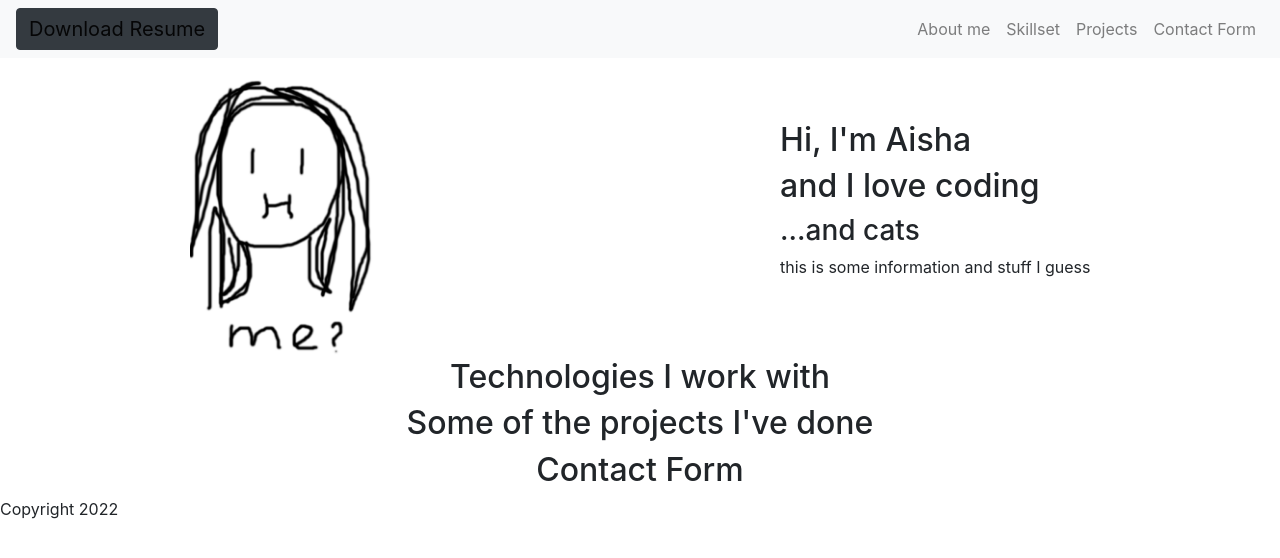
Repository: aishakapan/portfolio
Page: index.html
The author's editor kept a copy of each file at every save. The page is drawn from the files as they stood at one save, then again after the next save.
The browser window is 1280 px wide. The pictures show the whole page.
Some web libraries are served in a nearby version.

Above is the page before, as saved 2022-08-19 09:47:23.

### index.html
<!DOCTYPE html>
<html lang="en">
<head>
    <meta charset="UTF-8">
    <meta http-equiv="X-UA-Compatible" content="IE=edge">
    <meta name="viewport" content="width=device-width, initial-scale=1.0">
    <!-- bootstrap links -->
    <link rel="stylesheet" href="/styles/index.css">
    <link rel="stylesheet" href="https://cdn.jsdelivr.net/npm/bootstrap@4.0.0/dist/css/bootstrap.min.css" integrity="sha384-Gn5384xqQ1aoWXA+058RXPxPg6fy4IWvTNh0E263XmFcJlSAwiGgFAW/dAiS6JXm" crossorigin="anonymous">
    <title>Aisha Kapan</title>
</head>
<body>
    <nav class="navbar navbar-expand-lg navbar-light bg-light">
        <button class="navbar-toggler" type="button" data-toggle="collapse" data-target="#navbarToggler" aria-controls="navbarToggler" aria-expanded="false" aria-label="Toggle navigation">
            <span class="navbar-toggler-icon"></span>
        </button>
        <a class="btn btn-dark navbar-brand" href="#">Download Resume</a>
        <div class="collapse navbar-collapse justify-content-end" id="navbarToggler">
            <div class="navbar-nav">
                <a class="nav-item nav-link" href="#">About me</a>
                <a class="nav-item nav-link" href="#">Skillset </a>
                <a class="nav-item nav-link" href="#">Projects</a>
                <a class="nav-item nav-link" href="#">Contact Form</a>
            </div>
        </div>
    </nav>

    <main>
        <div class="about-container">
        <img src="img/temp.png" alt="my photo" class="about-item pfp">
        <article class="about-item">
            <h2>Hi, I'm Aisha</h2>
            <h2>and I love coding</h2>
            <!-- this will be changing text animation -->
            <h3>...and cats</h3>
            <p>this is some information and stuff I guess</p>
        </article>
        </div>
            <!-- bg image with a cat and hobbies  -->

        <section>
        <h2>Technologies I work with</h2>
            <!-- images/icons -->
        </section>

        <section>
            <h2>Some of the projects I've done</h2>
            <!-- image with descriptions and links -->
        </section>

        <section>
            <h2>Contact Form</h2>
            <!-- First/Last name/message form directed to my e-mail-->
        </section>




    </main>
    <footer>
        Copyright 2022
    </footer>
    <script src="https://code.jquery.com/jquery-3.2.1.slim.min.js" integrity="sha384-KJ3o2DKtIkvYIK3UENzmM7KCkRr/rE9/Qpg6aAZGJwFDMVNA/GpGFF93hXpG5KkN" crossorigin="anonymous"></script>
    <script src="https://cdn.jsdelivr.net/npm/popper.js@1.12.9/dist/umd/popper.min.js" integrity="sha384-ApNbgh9B+Y1QKtv3Rn7W3mgPxhU9K/ScQsAP7hUibX39j7fakFPskvXusvfa0b4Q" crossorigin="anonymous"></script>
    <script src="https://cdn.jsdelivr.net/npm/bootstrap@4.0.0/dist/js/bootstrap.min.js" integrity="sha384-JZR6Spejh4U02d8jOt6vLEHfe/JQGiRRSQQxSfFWpi1MquVdAyjUar5+76PVCmYl" crossorigin="anonymous"></script>
  </body>
</body>
</html>

### styles/index.css
* {
    margin: 0;
    padding: 0;
}

section > h2 {
    text-align: center;
}

.nav-container {
    display: flex;
    background-color: blueviolet;
    justify-content: space-between;
}


.about-container {
    display: flex;
    flex-wrap: wrap;
    justify-content: space-around;
    align-items: center;

}

.about-item {
    flex-basis: 1;
}


.pfp {
    max-width: 300px;
    max-height: 300px;
}

After the next save:
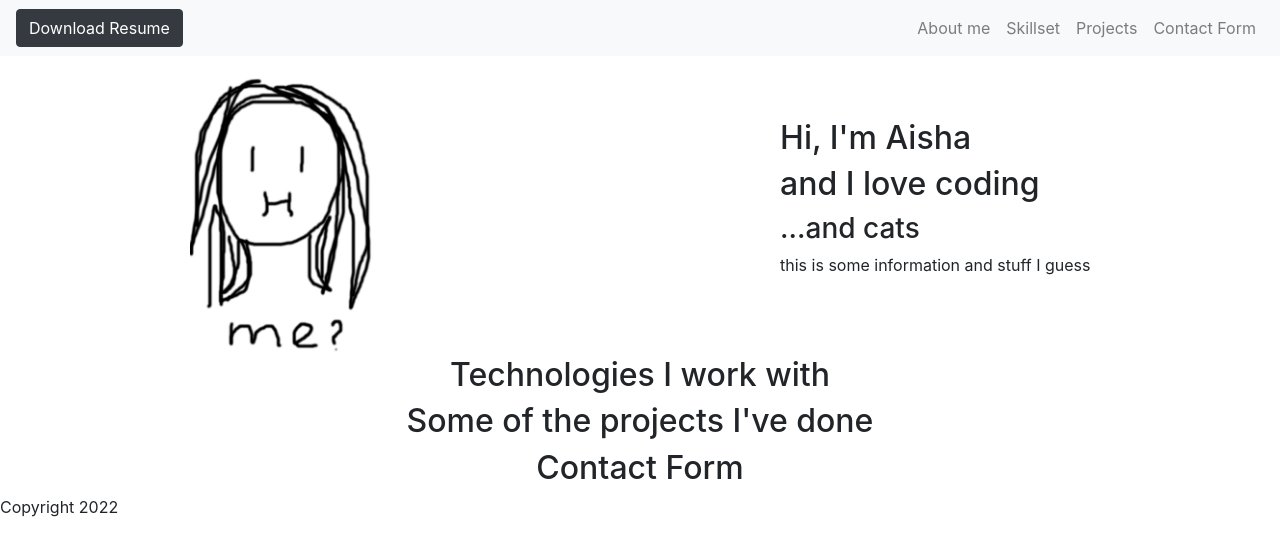
Saved 61 s later.
--- a/index.html
+++ b/index.html
@@ -14,7 +14,7 @@
         <button class="navbar-toggler" type="button" data-toggle="collapse" data-target="#navbarToggler" aria-controls="navbarToggler" aria-expanded="false" aria-label="Toggle navigation">
             <span class="navbar-toggler-icon"></span>
         </button>
-        <a class="btn btn-dark navbar-brand" href="#">Download Resume</a>
+        <a class="btn btn-dark" href="#">Download Resume</a>
         <div class="collapse navbar-collapse justify-content-end" id="navbarToggler">
             <div class="navbar-nav">
                 <a class="nav-item nav-link" href="#">About me</a>
